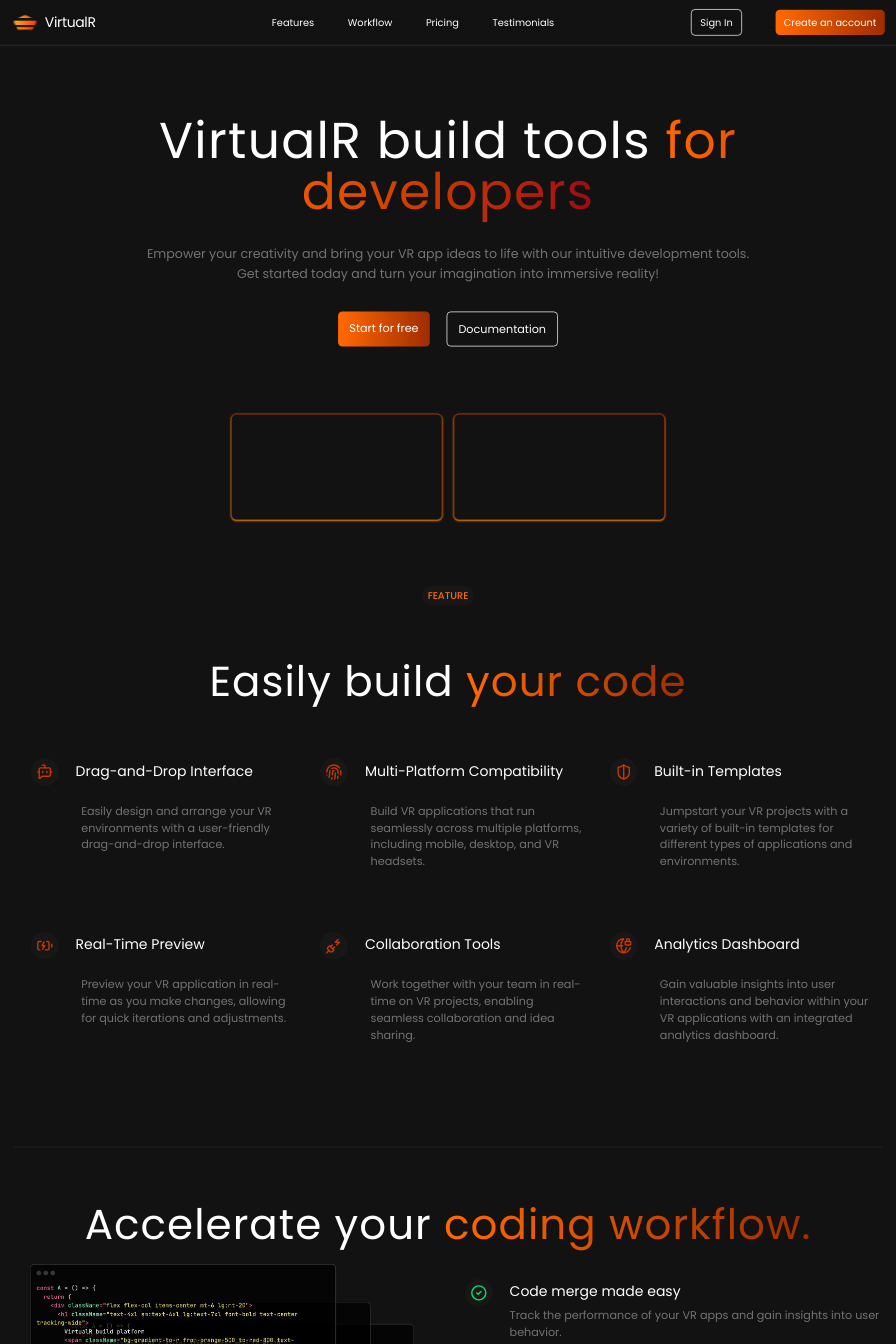
Repository: Khushichugh14/Virtualab
Page: /
These files come from the project's save history. The page is drawn as it stood at one moment and after the next save; the edit follows.
The browser window is 1280 px wide. The pictures show the part of the page from y = 0 to 1920 px (the page is 4338 px tall before and 4273 px after), at 70% of full size.
Pictures or frames that could not be fetched are drawn as grey boxes. The project was rebuilt for these pictures with package versions that can differ from the ones it lists, and the page was loaded fresh each time. Also part of the build but not shown: vite.config.js, src/pages/StartFree.jsx, src/pages/Documentation.jsx, src/pages/CreatAccount.jsx, src/pages/SignIn.jsx. Imported but missing from the stored project, and not drawn on this page: src/assets/video1.mp4, src/assets/video2.mp4.

Above is the page before, as saved 2025-12-10 11:07:37.

### index.html
<!doctype html>
<html lang="en">
  <head>
    <meta charset="UTF-8" />
    <link rel="icon" type="image/svg+xml" href="/vite.svg" />
    <meta name="viewport" content="width=device-width, initial-scale=1.0" />
    <title>virtular</title>
  </head>
  <body>
    <div id="root"></div>
    <script type="module" src="/src/main.jsx"></script>
  </body>
</html>

### src/main.jsx
import React from "react";
import ReactDOM from "react-dom/client";
import App from "./App";
import { BrowserRouter } from "react-router-dom";
import "./index.css";
import { Toaster } from "react-hot-toast";

ReactDOM.createRoot(document.getElementById("root")).render(
  <React.StrictMode>
    <BrowserRouter>
      <App />
       <Toaster position="top-right" />
    </BrowserRouter>
  </React.StrictMode>
);

### src/App.jsx
// App.jsx
import Navbar from "./components/Navbar";

import StartFree from "./pages/StartFree";
import Documentation from "./pages/Documentation";
import CreateAccount from "./pages/CreatAccount";
import SignIn from "./pages/SignIn";

import { Routes, Route } from "react-router-dom";
import HomePage from "./pages/HomePage";

const App = () => {
  return (
    <>
      <Navbar />

      <Routes>
        {/* Landing page */}
        <Route path="/" element={<HomePage />} />

        {/* Other pages */}
        <Route path="/start-free" element={<StartFree />} />
        <Route path="/documentation" element={<Documentation />} />
        <Route path="/create-account" element={<CreateAccount />} />
        <Route path="/signin" element={<SignIn />} />
      </Routes>
    </>
  );
};

export default App;

### src/index.css
@import url('https://fonts.googleapis.com/css2?family=Poppins:ital,wght@0,100;0,200;0,300;0,400;0,500;0,600;0,700;0,800;0,900;1,100;1,200;1,300;1,400;1,500;1,600;1,700;1,800;1,900&display=swap');

@import "tailwindcss";

:root {
  font-family: "Poppins", sans-serif;
  color-scheme: dark;
}

### src/components/Navbar.jsx
import { Menu, X } from "lucide-react";
import { useState } from "react";
import logo from "../assets/logo.png";
import { navItems } from "../constants";
import { Link, NavLink } from "react-router-dom";

const Navbar = () => {
  const [mobileDrawerOpen, setMobileDrawerOpen] = useState(false);

  const toggleNavbar = () => {
    setMobileDrawerOpen((prev) => !prev);
  };

  // Scroll to section WITHOUT changing URL
  const handleScroll = (id) => {
    if (!id) return;

    const el = document.getElementById(id);
    if (el) {
      el.scrollIntoView({ behavior: "smooth", block: "start" });
    }
  };

  return (
    <nav className="sticky top-0 z-50 py-3 backdrop-blur-lg border-b border-neutral-700/80">
      <div className="container px-4 mx-auto relative lg:text-sm">
        <div className="flex justify-between items-center">
          {/* Logo */}
          <div className="flex items-center flex-shrink-0">
            <img className="h-10 w-10 mr-2" src={logo} alt="Logo" />
            <Link to="/" className="text-xl tracking-tight">
              VirtualR
            </Link>
          </div>

          {/* Desktop nav items */}
          <ul className="hidden lg:flex ml-14 space-x-12">
            {navItems.map((item) => (
              <li key={item.id}>
                <button
                  onClick={() => handleScroll(item.id)}
                  className="hover:text-orange-400 transition-colors"
                >
                  {item.label}
                </button>
              </li>
            ))}
          </ul>

          {/* Desktop auth buttons */}
          <div className="hidden lg:flex justify-center space-x-12 items-center">
            <NavLink to="/signin" className="py-2 px-3 border rounded-md" id="signin">
              Sign In
            </NavLink>
            <NavLink
              to="/create-account"
              className="bg-gradient-to-r from-orange-500 to-orange-800 py-2 px-3 rounded-md"
            >
              Create an account
            </NavLink>
          </div>

          {/* Mobile menu button */}
          <div className="lg:hidden md:flex flex-col justify-end">
            <button onClick={toggleNavbar}>
              {mobileDrawerOpen ? <X /> : <Menu />}
            </button>
          </div>
        </div>

        {/* Mobile drawer */}
        {mobileDrawerOpen && (
          <div className="fixed right-0 z-20 bg-neutral-900 w-full p-12 flex flex-col justify-center items-center lg:hidden">
            <ul>
              {navItems.map((item) => (
                <li key={item.id} className="py-4">
                  <button
                    onClick={() => {
                      handleScroll(item.id);
                      toggleNavbar();
                    }}
                    className="hover:text-orange-400 transition-colors"
                  >
                    {item.label}
                  </button>
                </li>
              ))}
            </ul>

            <div className="flex space-x-6 mt-6">
              <NavLink to="/signin" className="py-2 px-3 border rounded-md">
                Sign In
              </NavLink>
              <NavLink
                to="/create-account"
                className="py-2 px-3 rounded-md bg-gradient-to-r from-orange-500 to-orange-800"
              >
                Create an account
              </NavLink>
            </div>
          </div>
        )}
      </div>
    </nav>
  );
};

export default Navbar;

### src/pages/HomePage.jsx
import React from 'react'
import HeroSection from '../components/HeroSection'
import FeatureSection from '../components/FeatureSection'
import Workflow from '../components/Workflow'
import Pricing from '../components/Pricing'
import Testimonials from '../components/Testimonials'
import Footer from '../components/Footer'

const HomePage = () => {
  return (
    <div className="p-5">
        <HeroSection />
        <FeatureSection />
        <Workflow />
        <Pricing />
        <Testimonials />
        <Footer />
    </div>
  )
}

export default HomePage

### src/components/HeroSection.jsx
import { NavLink } from "react-router-dom";
import video1 from "../assets/video1.mp4";
import video2 from "../assets/video2.mp4";

const HeroSection = () => {
  return (
    <div className="flex flex-col items-center mt-6 lg:mt-20">
      <h1 className="text-4xl sm:text-6xl lg:text-7xl text-center tracking-wide">
        VirtualR build tools
        <span className="bg-gradient-to-r from-orange-500 to-red-800 text-transparent bg-clip-text">
          {" "}
          for developers
        </span>
      </h1>
      <p className="mt-10 text-lg text-center text-neutral-500 max-w-4xl">
        Empower your creativity and bring your VR app ideas to life with our
        intuitive development tools. Get started today and turn your imagination
        into immersive reality!
      </p>
      <div className="flex justify-center my-10">
        <NavLink
           to="/start-free"
          className="bg-gradient-to-r from-orange-500 to-orange-800 py-3 px-4 mx-3 rounded-md"
        >
          Start for free
        </NavLink>
        <NavLink  to="/documentation" className="py-3 px-4 mx-3 rounded-md border">
          Documentation
        </NavLink>
      </div>
      <div className="flex mt-10 justify-center">
        <video
          autoPlay
          loop
          muted
          className="rounded-lg w-1/2 border border-orange-700 shadow-sm shadow-orange-400 mx-2 my-4"
        >
          <source src={video1} type="video/mp4" />
          Your browser does not support the video tag.
        </video>
        <video
          autoPlay
          loop
          muted
          className="rounded-lg w-1/2 border border-orange-700 shadow-sm shadow-orange-400 mx-2 my-4"
        >
          <source src={video2} type="video/mp4" />
          Your browser does not support the video tag.
        </video>
      </div>
    </div>
  );
};

export default HeroSection;

### src/components/FeatureSection.jsx
import { features } from "../constants";

const FeatureSection = () => {
  return (
    <section id="featuresection" className="relative mt-20 border-b border-neutral-800 min-h-[800px]">
      <div className="text-center">
        <span className="bg-neutral-900 text-orange-500 rounded-full h-6 text-sm font-medium px-2 py-1 uppercase">
          Feature
        </span>
        <h2 className="text-3xl sm:text-5xl lg:text-6xl mt-10 lg:mt-20 tracking-wide">
          Easily build{" "}
          <span className="bg-gradient-to-r from-orange-500 to-orange-800 text-transparent bg-clip-text">
            your code
          </span>
        </h2>
      </div>
      <div className="flex flex-wrap mt-10 lg:mt-20">
        {features.map((feature, index) => (
          <div key={index} className="w-full sm:w-1/2 lg:w-1/3">
            <div className="flex">
              <div className="flex mx-6 h-10 w-10 p-2 bg-neutral-900 text-orange-700 justify-center items-center rounded-full">
                {feature.icon}
              </div>
              <div>
                <h5 className="mt-1 mb-6 text-xl">{feature.text}</h5>
                <p className="text-md p-2 mb-20 text-neutral-500">
                  {feature.description}
                </p>
              </div>
            </div>
          </div>
        ))}
      </div>
    </section>
  );
};

export default FeatureSection;

### src/components/Workflow.jsx
import { CheckCircle2 } from "lucide-react";
import codeImg from "../assets/code.jpg";
import { checklistItems } from "../constants";

const Workflow = () => {
  return (
    <section id="workflow" className="mt-20">
      <h2 className="text-3xl sm:text-5xl lg:text-6xl text-center mt-6 tracking-wide">
        Accelerate your{" "}
        <span className="bg-gradient-to-r from-orange-500 to-orange-800 text-transparent bg-clip-text">
          coding workflow.
        </span>
      </h2>
      <div className="flex flex-wrap justify-center">
        <div className="p-2 w-full lg:w-1/2">
          <img src={codeImg} alt="Coding" />
        </div>
        <div className="pt-12 w-full lg:w-1/2">
          {checklistItems.map((item, index) => (
            <div key={index} className="flex mb-12">
              <div className="text-green-400 mx-6 bg-neutral-900 h-10 w-10 p-2 justify-center items-center rounded-full">
                <CheckCircle2 />
              </div>
              <div>
                <h5 className="mt-1 mb-2 text-xl">{item.title}</h5>
                <p className="text-md text-neutral-500">{item.description}</p>
              </div>
            </div>
          ))}
        </div>
      </div>
    </section>
  );
};

export default Workflow;

### src/components/Pricing.jsx
import { CheckCircle2 } from "lucide-react";
import { pricingOptions } from "../constants";

const Pricing = () => {
  return (
    <section className="mt-20" id="pricing">
      <h2 className="text-3xl sm:text-5xl lg:text-6xl text-center my-8 tracking-wide">
        Pricing
      </h2>
      <div className="flex flex-wrap">
        {pricingOptions.map((option, index) => (
          <div key={index} className="w-full sm:w-1/2 lg:w-1/3 p-2">
            <div className="p-10 border border-neutral-700 rounded-xl">
              <p className="text-4xl mb-8">
                {option.title}
                {option.title === "Pro" && (
                  <span className="bg-gradient-to-r from-orange-500 to-red-400 text-transparent bg-clip-text text-xl mb-4 ml-2">
                    (Most Popular)
                  </span>
                )}
              </p>
              <p className="mb-8">
                <span className="text-5xl mt-6 mr-2">{option.price}</span>
                <span className="text-neutral-400 tracking-tight">/Month</span>
              </p>
              <ul>
                {option.features.map((feature, index) => (
                  <li key={index} className="mt-8 flex items-center">
                    <CheckCircle2 />
                    <span className="ml-2">{feature}</span>
                  </li>
                ))}
              </ul>
              <a
                href="#"
                className="inline-flex justify-center items-center text-center w-full h-12 p-5 mt-20 tracking-tight text-xl hover:bg-orange-900 border border-orange-900 rounded-lg transition duration-200"
              >
                Subscribe
              </a>
            </div>
          </div>
        ))}
      </div>
    </section>
  );
};

export default Pricing;

### src/components/Testimonials.jsx
import { testimonials } from "../constants";

const Testimonials = () => {
  return (
    <section className="mt-20 tracking-wide" id="testimonials">
      <h2 className="text-3xl sm:text-5xl lg:text-6xl text-center my-10 lg:my-20">
        What People are saying
      </h2>
      <div className="flex flex-wrap justify-center">
        {testimonials.map((testimonial, index) => (
          <div key={index} className="w-full sm:w-1/2 lg:w-1/3 px-4 py-2">
            <div className="bg-neutral-900 rounded-md p-6 text-md border border-neutral-800 font-thin">
              <p>{testimonial.text}</p>
              <div className="flex mt-8 items-start">
                <img
                  className="w-12 h-12 mr-6 rounded-full border border-neutral-300"
                  src={testimonial.image}
                  alt=""
                />
                <div>
                  <h6>{testimonial.user}</h6>
                  <span className="text-sm font-normal italic text-neutral-600">
                    {testimonial.company}
                  </span>
                </div>
              </div>
            </div>
          </div>
        ))}
      </div>
    </section>
  );
};

export default Testimonials;

### src/components/Footer.jsx
import { resourcesLinks, platformLinks, communityLinks } from "../constants";
const Footer = () => {
  return (
    <footer className="mt-20 border-t py-10 border-neutral-700">
      <div className="grid grid-cols-2 lg:grid-cols-3 gap-4">
        <div>
          <h3 className="text-md font-semibold mb-4">Resources</h3>
          <ul className="space-y-2">
            {resourcesLinks.map((link, index) => (
              <li key={index}>
                <a
                  href={link.href}
                  className="text-neutral-300 hover:text-white"
                >
                  {link.text}
                </a>
              </li>
            ))}
          </ul>
        </div>
        <div>
          <h3 className="text-md font-semibold mb-4">Platform</h3>
          <ul className="space-y-2">
            {platformLinks.map((link, index) => (
              <li key={index}>
                <a
                  href={link.href}
                  className="text-neutral-300 hover:text-white"
                >
                  {link.text}
                </a>
              </li>
            ))}
          </ul>
        </div>
        <div>
          <h3 className="text-md font-semibold mb-4">Community</h3>
          <ul className="space-y-2">
            {communityLinks.map((link, index) => (
              <li key={index}>
                <a
                  href={link.href}
                  className="text-neutral-300 hover:text-white"
                >
                  {link.text}
                </a>
              </li>
            ))}
          </ul>
        </div>
      </div>
    </footer>
  );
};

export default Footer;

Loaded but not shown: src/constants/index.jsx (181 lines, source omitted)

After the next save:
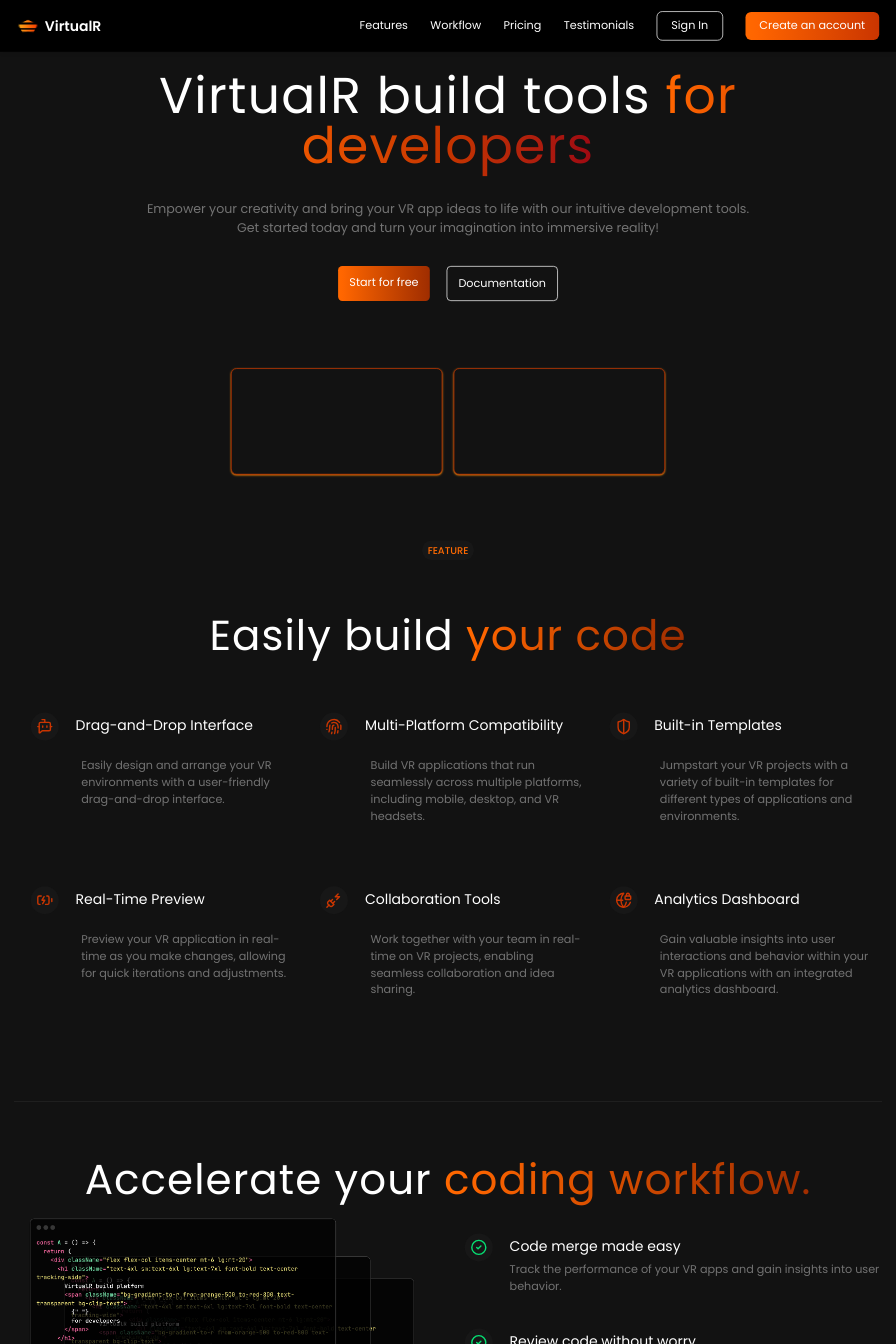
Saved 3 min 25 s later.
--- a/src/components/Navbar.jsx
+++ b/src/components/Navbar.jsx
@@ -1,105 +1,74 @@
 import { Menu, X } from "lucide-react";
-import { useState } from "react";
+import { useState, useEffect } from "react";
 import logo from "../assets/logo.png";
 import { navItems } from "../constants";
-import { Link, NavLink } from "react-router-dom";
+import { Link, NavLink, useNavigate } from "react-router-dom";
 
 const Navbar = () => {
-  const [mobileDrawerOpen, setMobileDrawerOpen] = useState(false);
+  const [isMenuOpen, setIsMenuOpen] = useState(false);
+  const [isLoggedIn, setIsLoggedIn] = useState(false);
+  const navigate = useNavigate();
 
-  const toggleNavbar = () => {
-    setMobileDrawerOpen((prev) => !prev);
-  };
+  // Check login status on every reload
+  useEffect(() => {
+    const user = localStorage.getItem("user");
+    setIsLoggedIn(!!user);
+  }, []);
 
-  // Scroll to section WITHOUT changing URL
-  const handleScroll = (id) => {
-    if (!id) return;
-
-    const el = document.getElementById(id);
-    if (el) {
-      el.scrollIntoView({ behavior: "smooth", block: "start" });
-    }
+  const handleLogout = () => {
+    localStorage.removeItem("user");
+    setIsLoggedIn(false);
+    navigate("/signin");
   };
 
   return (
-    <nav className="sticky top-0 z-50 py-3 backdrop-blur-lg border-b border-neutral-700/80">
-      <div className="container px-4 mx-auto relative lg:text-sm">
-        <div className="flex justify-between items-center">
-          {/* Logo */}
-          <div className="flex items-center flex-shrink-0">
-            <img className="h-10 w-10 mr-2" src={logo} alt="Logo" />
-            <Link to="/" className="text-xl tracking-tight">
-              VirtualR
-            </Link>
-          </div>
+    <nav className="fixed top-0 w-full z-50 bg-black text-white shadow-md">
+      <div className="max-w-7xl mx-auto flex justify-between items-center py-4 px-6">
 
-          {/* Desktop nav items */}
-          <ul className="hidden lg:flex ml-14 space-x-12">
-            {navItems.map((item) => (
-              <li key={item.id}>
-                <button
-                  onClick={() => handleScroll(item.id)}
-                  className="hover:text-orange-400 transition-colors"
-                >
-                  {item.label}
-                </button>
-              </li>
-            ))}
-          </ul>
+        {/* Logo */}
+        <Link to="/" className="flex items-center gap-2">
+          <img src={logo} alt="logo" className="h-8" />
+          <span className="text-xl font-semibold">VirtualR</span>
+        </Link>
 
-          {/* Desktop auth buttons */}
-          <div className="hidden lg:flex justify-center space-x-12 items-center">
-            <NavLink to="/signin" className="py-2 px-3 border rounded-md" id="signin">
-              Sign In
+        {/* Desktop Menu */}
+        <div className="hidden md:flex items-center gap-8">
+          {navItems.map((item) => (
+            <NavLink
+              key={item.href}
+              to={item.href}
+              className="hover:text-orange-400 transition"
+            >
+              {item.label}
             </NavLink>
-            <NavLink
-              to="/create-account"
-              className="bg-gradient-to-r from-orange-500 to-orange-800 py-2 px-3 rounded-md"
-            >
-              Create an account
-            </NavLink>
-          </div>
+          ))}
 
-          {/* Mobile menu button */}
-          <div className="lg:hidden md:flex flex-col justify-end">
-            <button onClick={toggleNavbar}>
-              {mobileDrawerOpen ? <X /> : <Menu />}
-            </button>
-          </div>
-        </div>
+          {/* 🔥 CONDITIONAL BUTTONS */}
+          {!isLoggedIn ? (
+            <>
+              <Link
+                to="/signin"
+                className="px-5 py-2 border border-white rounded-lg hover:bg-white hover:text-black transition"
+              >
+                Sign In
+              </Link>
 
-        {/* Mobile drawer */}
-        {mobileDrawerOpen && (
-          <div className="fixed right-0 z-20 bg-neutral-900 w-full p-12 flex flex-col justify-center items-center lg:hidden">
-            <ul>
-              {navItems.map((item) => (
-                <li key={item.id} className="py-4">
-                  <button
-                    onClick={() => {
-                      handleScroll(item.id);
-                      toggleNavbar();
-                    }}
-                    className="hover:text-orange-400 transition-colors"
-                  >
-                    {item.label}
-                  </button>
-                </li>
-              ))}
-            </ul>
-
-            <div className="flex space-x-6 mt-6">
-              <NavLink to="/signin" className="py-2 px-3 border rounded-md">
-                Sign In
-              </NavLink>
-              <NavLink
+              <Link
                 to="/create-account"
-                className="py-2 px-3 rounded-md bg-gradient-to-r from-orange-500 to-orange-800"
+                className="px-5 py-2 bg-gradient-to-r from-orange-500 to-orange-700 rounded-lg"
               >
                 Create an account
-              </NavLink>
-            </div>
-          </div>
-        )}
+              </Link>
+            </>
+          ) : (
+            <button
+              onClick={handleLogout}
+              className="px-5 py-2 border border-red-500 text-red-400 hover:bg-red-600 hover:text-white rounded-lg transition"
+            >
+              Logout
+            </button>
+          )}
+        </div>
       </div>
     </nav>
   );
